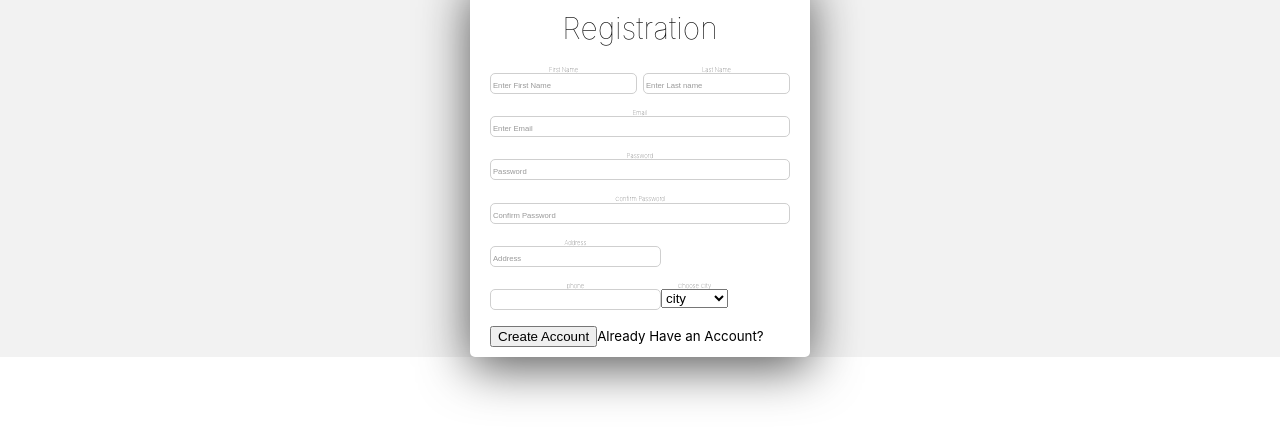
Repository: Fortune-Labs/Event-management-system-CapstoneG3
Page: / (app in frontend/)
An editor plug-in stored every save of this project. The page is shown before and after the next save, followed by the edit.
The browser window is 1280 px wide. The pictures show the whole page.
The project was rebuilt for these pictures with package versions that can differ from the ones it lists, and the page was loaded fresh each time.

Above is the page before, as saved 2020-09-03 02:33:03.

After the next save:
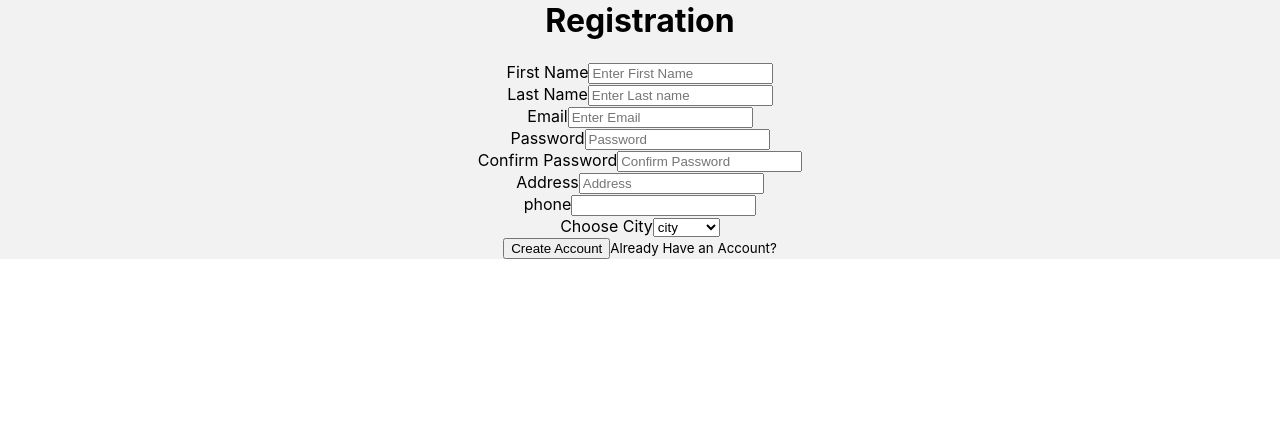
Saved 29 s later.
--- a/frontend/src/components/LoginSignup/style.css
+++ b/frontend/src/components/LoginSignup/style.css
@@ -11,122 +11,3 @@ body {
   background-color: #f2f2f2;
   margin-top: -20px;
 }
-
-.form-wrapper {
-  width: 300px;
-  display: flex;
-  flex-direction: column;
-  padding: 10px 20px;
-  border-radius: 5px;
-  box-shadow: 0px 10px 50px #555;
-  background-color: #ffffff;
-}
-
-form {
-  width: 100%;
-  display: flex;
-  flex-wrap: wrap;
-}
-
-h1 {
-  text-align: center;
-
-  color: #111;
-  font-size: 30px;
-  font-weight: lighter;
-  font-family: -apple-system, BlinkMacSystemFont, "Segoe UI", Roboto, Oxygen,
-    Ubuntu, Cantarell, "Open Sans", "Helvetica Neue", sans-serif;
-}
-
-label {
-  font-size: 0.06em;
-  margin-bottom: 0.09em;
-  color: #222;
-  font-weight: lighter;
-}
-
-input {
-  padding: 2px;
-  border-radius: 5px;
-  outline: none;
-  border: 1px solid #cfcfcf;
-  font-size: 0.8em;
-}
-
-input::placeholder {
-  font-size: 0.6em;
-  font-weight: lighter;
-  color: #999;
-}
-
-input.error {
-  border: 1px solid red;
-}
-
-.errorMessage {
-  color: red;
-  font-size: 0.75em;
-  display: relative;
-}
-
-.firstName {
-  margin-right: 1%;
-}
-
-.lastName {
-  margin-left: 1%;
-}
-
-.firstName,
-.lastName,
-.email,
-.password,
-.cpassword,
-.phone,
-.address,
-.city {
-  display: flex;
-  flex-direction: column;
-  margin-bottom: 15px;
-}
-
-.firstName,
-.lastName {
-  width: 49%;
-}
-
-.email,
-.password {
-  width: 100%;
-}
-
-.createAccount {
-  width: 100%;
-  display: flex;
-  flex-direction: column;
-  align-items: center;
-}
-
-.createAccount button {
-  background-color: #519e8a;
-  color: #fff;
-  border: 2px solid #fff;
-  width: 100%;
-  margin-top: 1em;
-  padding: 8px 0px;
-  font-size: 1em;
-  font-weight: lighter;
-  letter-spacing: 1px;
-  margin-bottom: 0.25em;
-}
-
-.createAccount button:hover {
-  color: #519e8a;
-  background-color: #fff;
-  border: 2px solid #519e8a;
-}
-
-.createAccount small {
-  color: #999;
-  font-weight: lighter;
-}
